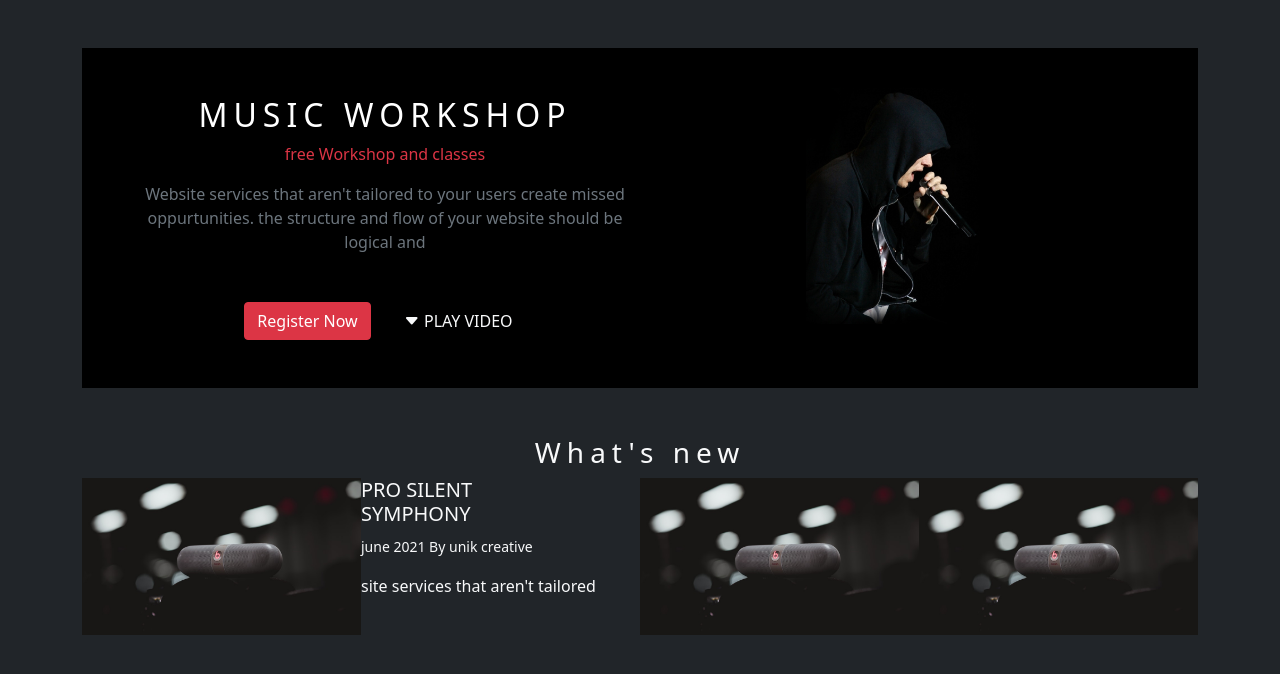
Repository: Eugene44-hub/music-workshop-site
Page: index.html
An editor plug-in stored every save of this project. The page is shown before and after the next save, followed by the edit.
The browser window is 1280 px wide. The pictures show the whole page.
Some web libraries are served in a nearby version.

Above is the page before, as saved 2021-10-22 16:58:27.

After the next save:
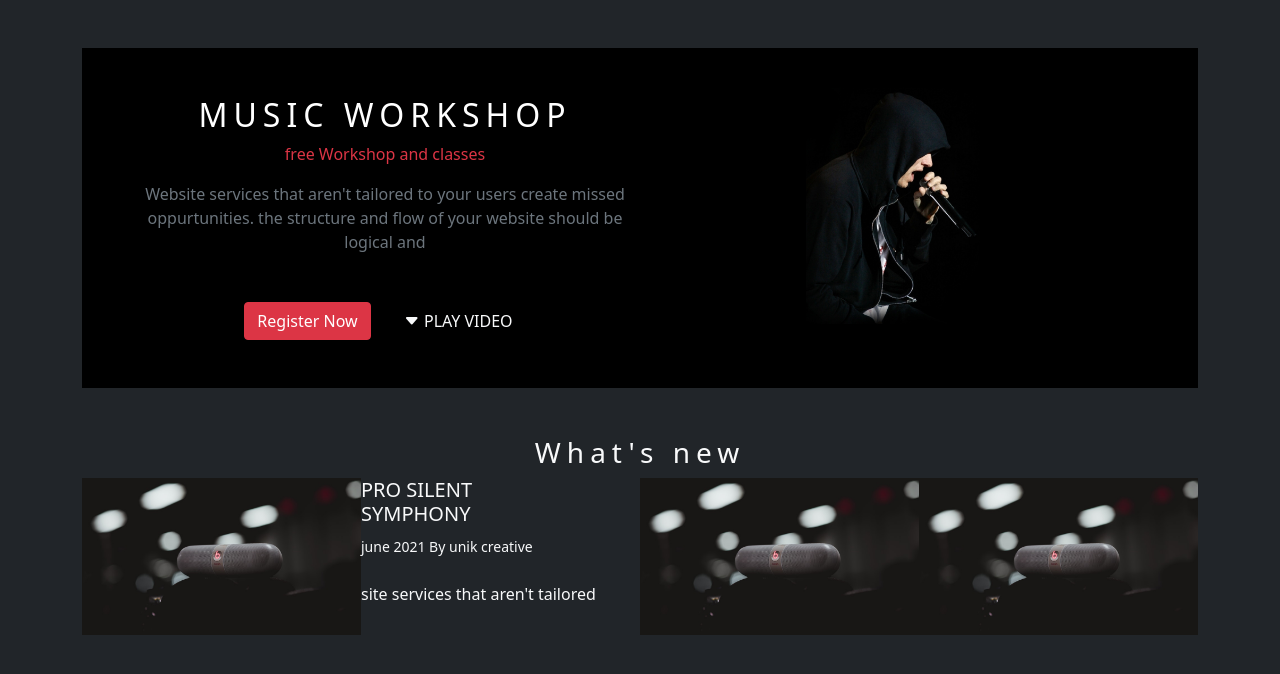
Saved 5 s later.
--- a/index.html
+++ b/index.html
@@ -47,7 +47,7 @@
                         PRO SILENT <br> SYMPHONY
                     </h4>
                     <small>june 2021 By unik creative</small>
-                    <p class="mt-3">site services that aren't tailored</p>
+                    <p class="mt-4">site services that aren't tailored</p>
                 </div>
                 <div class="col-md">
                     <img src="images/speaker.jpg" class="img-fluid" alt="">
